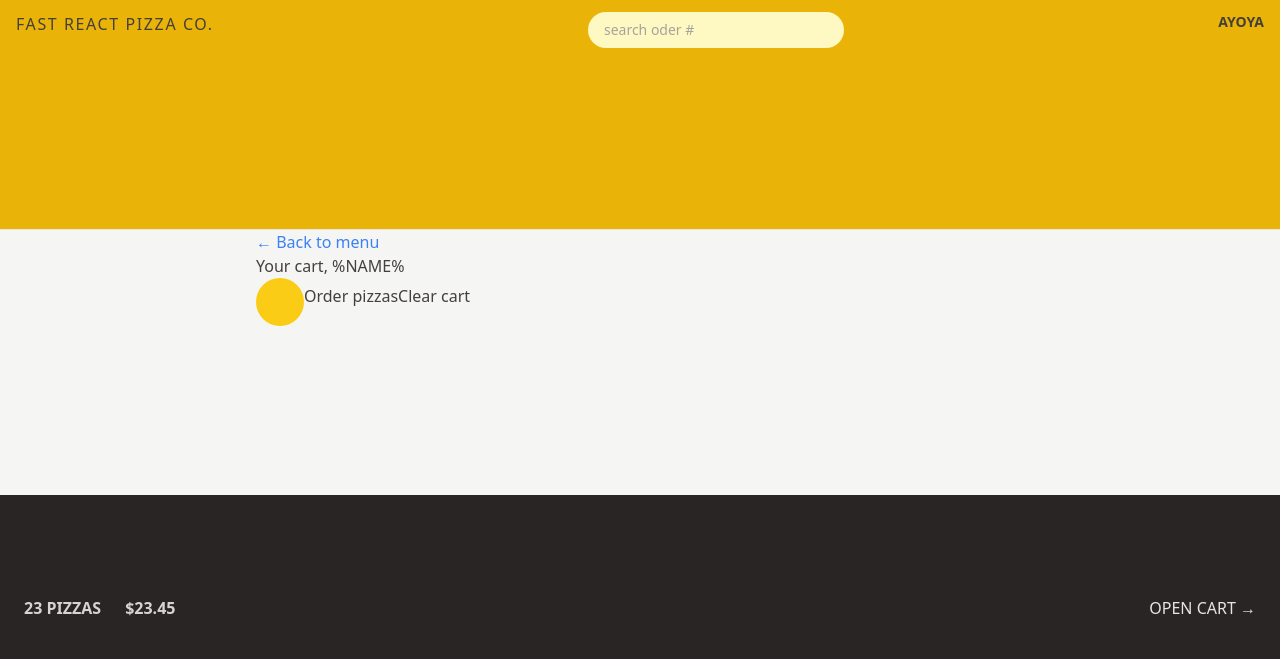
Repository: ayakhaled0001/pizza-delivery
Page: /cart
These files come from the project's save history. The page is drawn as it stood at one moment and after the next save; the edit follows.
The browser window is 1280 px wide. The pictures show the whole page.
The project was rebuilt for these pictures with package versions that can differ from the ones it lists, and the page was loaded fresh each time. Also part of the build but not shown: vite.config.js, src/features/user/CreateUser.jsx, src/ui/Home.jsx, src/services/apiRestaurant.jsx, src/utilities/helpers.jsx, src/features/menu/MenuItem.jsx, src/features/menu/Menu.jsx, src/features/order/Order.jsx and 2 more. Imported but missing from the stored project, and not drawn on this page: src/features/order/CreateOrder.

Above is the page before, as saved 2025-05-01 04:52:13.

### index.html
<!DOCTYPE html>
<html lang="en">
  <head>
    <meta charset="UTF-8" />
    <link rel="icon" type="image/svg+xml" href="/vite.svg" />
    <meta name="viewport" content="width=device-width, initial-scale=1.0" />
    <title>Vite + React</title>
  </head>
  <body class="bg-stone-100 text-stone-700">
    <div id="root"></div>
    <script type="module" src="/src/main.jsx"></script>
  </body>
</html>

### src/App.jsx
import { createBrowserRouter, RouterProvider } from "react-router-dom";
import Home from "./ui/Home";
import Menu, { loader as menuLoader } from "./features/menu/Menu";
import Cart from "./features/cart/Cart";
import CreateOrder, {
  action as CreateOrderAction,
} from "./features/order/CreateOrder";
import Order, { loader as orderLoader } from "./features/order/Order";
import AppLayout from "./ui/AppLayout";
import Error from "./ui/Error";
const router = createBrowserRouter([
  {
    element: <AppLayout />,
    children: [
      { path: "/", element: <Home /> },
      {
        path: "/menu",
        element: <Menu />,
        loader: menuLoader,
        errorElement: <Error />,
      },
      { path: "/cart", element: <Cart /> },
      {
        path: "/order/new",
        element: <CreateOrder />,
        action: CreateOrderAction,
      },
      {
        path: "/order/:orderId",
        element: <Order />,
        loader: orderLoader,
        errorElement: <Error />,
      },
    ],
  },
]);
function App() {
  return <RouterProvider router={router} />;
}

export default App;

### src/index.css
@tailwind base;
@tailwind components;
@tailwind utilities;

@layer components {
  .input {
    @apply w-full rounded-full border
    border-stone-200
    px-4 py-2 text-sm transition-all
    duration-300 focus:outline-none
    focus:ring focus:ring-yellow-400
    md:px-5;
  }
}

/* body {
  font-family: system-ui, -apple-system, BlinkMacSystemFont, "Segoe UI", Roboto,
    Oxygen, Ubuntu, Cantarell, "Open Sans", "Helvetica Neue", sans-serif;
  background-color: #f7f7f7;
  color: #444;
}

.layout {
  display: grid;
  grid-template-rows: auto 1fr auto;
  gap: 32px;
  height: 100dvh;
} */

/* https://dev.to/afif/i-made-100-css-loaders-for-your-next-project-4eje */
.loader {
  width: 45px;
  aspect-ratio: 0.75;
  --c: no-repeat linear-gradient(#333 0 0);
  background: var(--c) 0% 50%, var(--c) 50% 50%, var(--c) 100% 50%;
  background-size: 20% 50%;
  animation: loading 1s infinite linear;
}

@keyframes loading {
  20% {
    background-position: 0% 0%, 50% 50%, 100% 50%;
  }
  40% {
    background-position: 0% 100%, 50% 0%, 100% 50%;
  }
  60% {
    background-position: 0% 50%, 50% 100%, 100% 0%;
  }
  80% {
    background-position: 0% 50%, 50% 50%, 100% 100%;
  }
}

### src/features/cart/Cart.jsx
import { Link } from "react-router-dom";
import LinkButton from "../../ui/LinkButton";
import Button from "../../ui/Button";

const fakeCart = [
  {
    pizzaId: 12,
    name: "Mediterranean",
    quantity: 2,
    unitPrice: 16,
    totalPrice: 32,
  },
  {
    pizzaId: 6,
    name: "Vegetale",
    quantity: 1,
    unitPrice: 13,
    totalPrice: 13,
  },
  {
    pizzaId: 11,
    name: "Spinach and Mushroom",
    quantity: 1,
    unitPrice: 15,
    totalPrice: 15,
  },
];

function Cart() {
  const cart = fakeCart;

  return (
    <div>
      <LinkButton to="/menu">&larr; Back to menu</LinkButton>

      <h2>Your cart, %NAME%</h2>

      <div>
        <Button to="/order/new"></Button>
        <Link>Order pizzas</Link>
        <button>Clear cart</button>
      </div>
    </div>
  );
}

export default Cart;

### src/ui/AppLayout.jsx
import Header from "./Header";
import CartOverview from "../features/cart/CartOverview";
import { Outlet, useNavigation } from "react-router-dom";
import Loader from "./Loader";

function AppLayout() {
  const navigation = useNavigation();
  const isLoading = navigation.state === "loading";
  console.log(navigation.state);
  return (
    <div className="grid h-screen grid-row-[auto_1fr_auto]">
      {isLoading && <Loader />}
      <Header />
      <div className="">
        <main className="max-w-3xl mx-auto">
          <Outlet />
        </main>
      </div>
      <CartOverview />
    </div>
  );
}

export default AppLayout;

### src/ui/LinkButton.jsx
import { Link, useNavigate } from "react-router-dom";

function LinkButton({ children, to }) {
  const navigate = useNavigate();
  if (to === -1)
    return (
      <button
        onClick={() => navigate(-1)}
        className="tex-sm text-blue-500 hover:text-blue-700 hover:underline">
        {children}
      </button>
    );
  return (
    <Link
      to={to}
      className="tex-sm text-blue-500 hover:text-blue-700 hover:underline">
      {children}
    </Link>
  );
}

export default LinkButton;

### src/ui/Button.jsx
function Button({ disabled, children }) {
  return (
    <button
      disabled={disabled}
      className="bg-yellow-400 uppercase font-semibold
    text-stone-800 py-3 px-4
     inline-block tracking-wide
     rounded-full hover:bg-yellow-300  transition-all duration-300
    focus:outline-none focus:ring focus:ring-yellow-300 focus:ring-offset-2
    disabled:cursor-not-allowed sm:px-6 sm:py-6">
      {children}
    </button>
  );
}

export default Button;

### src/ui/Header.jsx
import { Link } from "react-router-dom";
import SearchOrder from "../features/order/SearchOrder.jsx";
import UserName from "../features/user/UserName.jsx";

function Header() {
  return (
    <header className=" flex justify-between bg-yellow-500 px-4 py-3 uppercase border-b border-stone-200">
      <Link to="/" className="tracking-widest">
        Fast React Pizza Co.
      </Link>
      <SearchOrder />
      <UserName />
    </header>
  );
}

export default Header;

### src/features/cart/CartOverview.jsx
import { Link } from "react-router-dom";

function CartOverview() {
  return (
    <div
      className="bg-stone-800 text-stone-200 uppercase p-4 sm:px-6 px-4 py-4
    md:text-base flex items-center justify-between">
      <p className="text-stone-300 sm:space-x-6 font-semibold space-x-4">
        <span>23 pizzas</span>
        <span>$23.45</span>
      </p>
      <Link to="/cart">Open cart &rarr;</Link>
    </div>
  );
}

export default CartOverview;

### src/features/order/SearchOrder.jsx
import { useState } from "react";
import { useNavigate } from "react-router-dom";

function SearchOrder() {
  const [query, setQuery] = useState("");
  const navigate = useNavigate();
  function handleSubmit(e) {
    e.preventDefault();
    if (!query) return;
    navigate(`/order/${query}`);
    setQuery("");
  }
  return (
    <form onSubmit={handleSubmit}>
      <input
        placeholder="search oder #"
        value={query}
        onChange={(e) => setQuery(e.target.value)}
        className="duration-300 sm:w-64 focus:outline-none focus:ring
         focus:ring-yellow-500 focus:ring-opacity-50  sm:focus:w-72 transition-all w-28
         bg-yellow-100 rounded-full px-4 py-2 text-sm placeholder:text-stone-400"
      />
    </form>
  );
}

export default SearchOrder;

### src/features/user/UserName.jsx
function UserName() {
  return <div className="hidden md:block text-sm font-semibold">ayoya</div>;
}

export default UserName;

Loaded but not shown: src/main.jsx (common file); tailwind.config.js (common file)

After the next save:
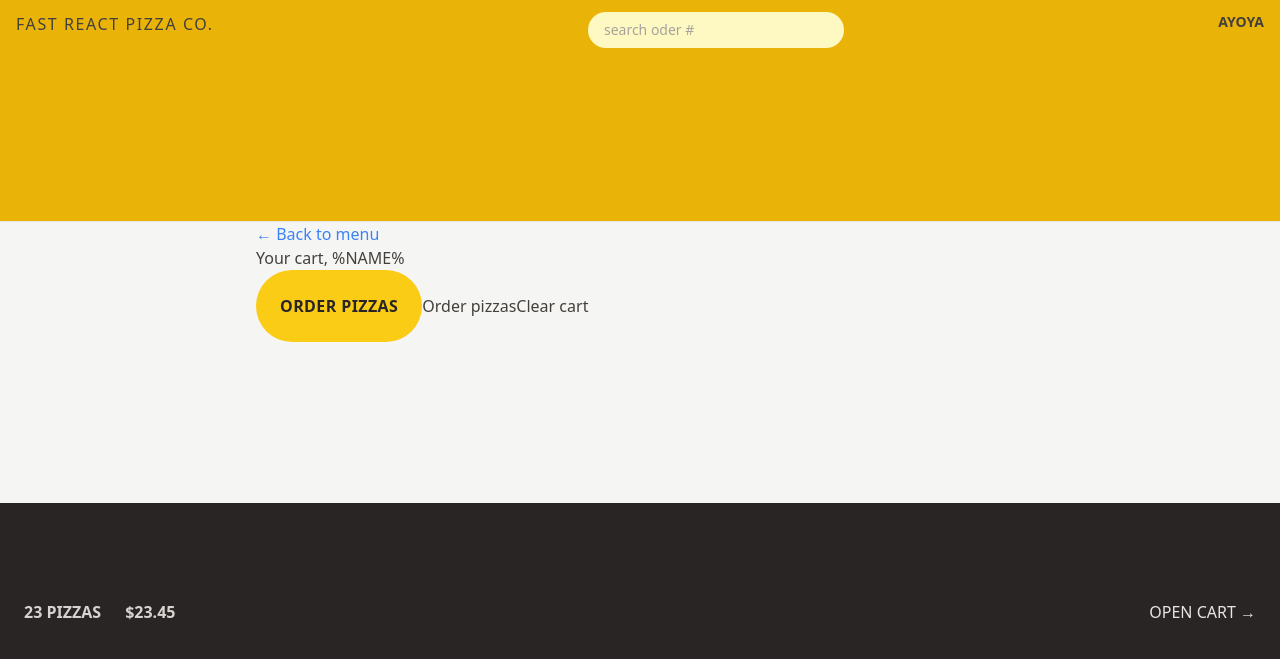
Saved 19 s later.
--- a/src/features/cart/Cart.jsx
+++ b/src/features/cart/Cart.jsx
@@ -36,7 +36,7 @@ function Cart() {
       <h2>Your cart, %NAME%</h2>
 
       <div>
-        <Button to="/order/new"></Button>
+        <Button to="/order/new">Order pizzas</Button>
         <Link>Order pizzas</Link>
         <button>Clear cart</button>
       </div>
